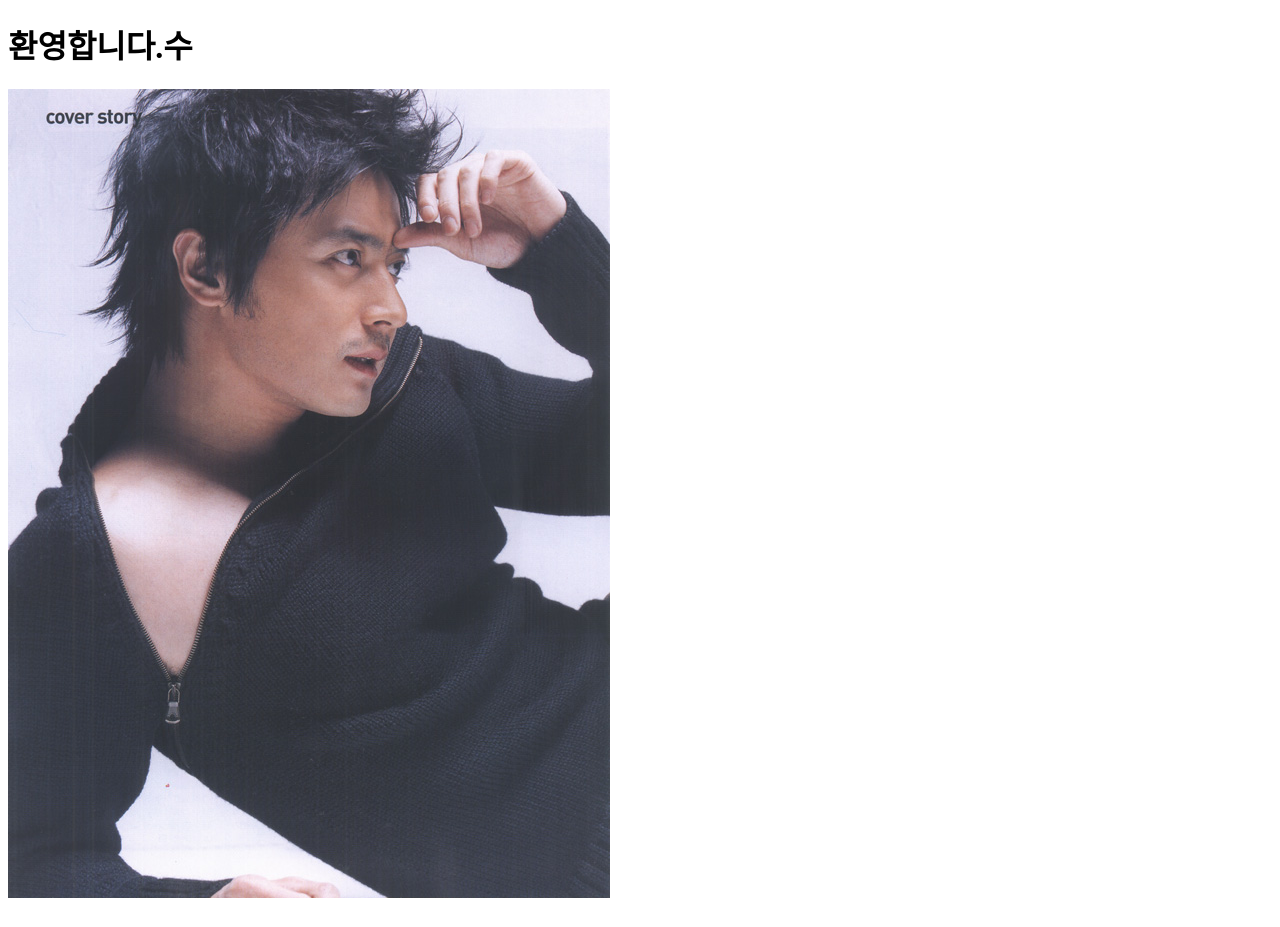
Repository: snowcuphea/webwork_class
Page: clientweb/WebContent/js_basic/js_switch_test.html
The author's editor kept a copy of each file at every save. The page is drawn from the files as they stood at one save, then again after the next save.
The browser window is 1280 px wide. The pictures show the whole page.

Above is the page before, as saved 2020-01-07 03:48:02.

After the next save:
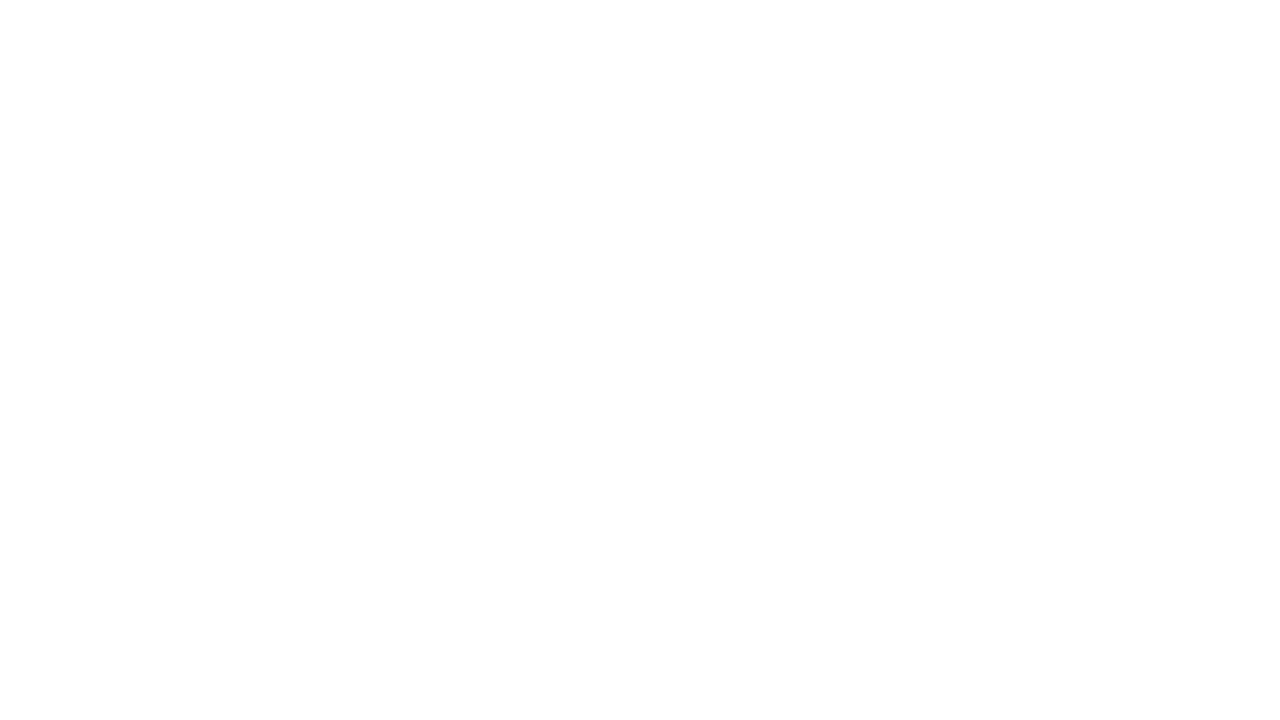
Console error: SyntaxError: missing ) after argument list
Saved 30 s later.
--- a/clientweb/WebContent/js_basic/js_switch_test.html
+++ b/clientweb/WebContent/js_basic/js_switch_test.html
@@ -24,8 +24,8 @@
 switch(ch){
 
 case '수' :
-	document.write("<h1>환영합니다.");
-	document.write(ch+"<h1>");
+	document.write("<h1>환영합니다.("+ch+")</h1>"");
+
 
 	document.write("<img src = '../images/jang1.jpg'/>");
 	break;

After the save that followed:
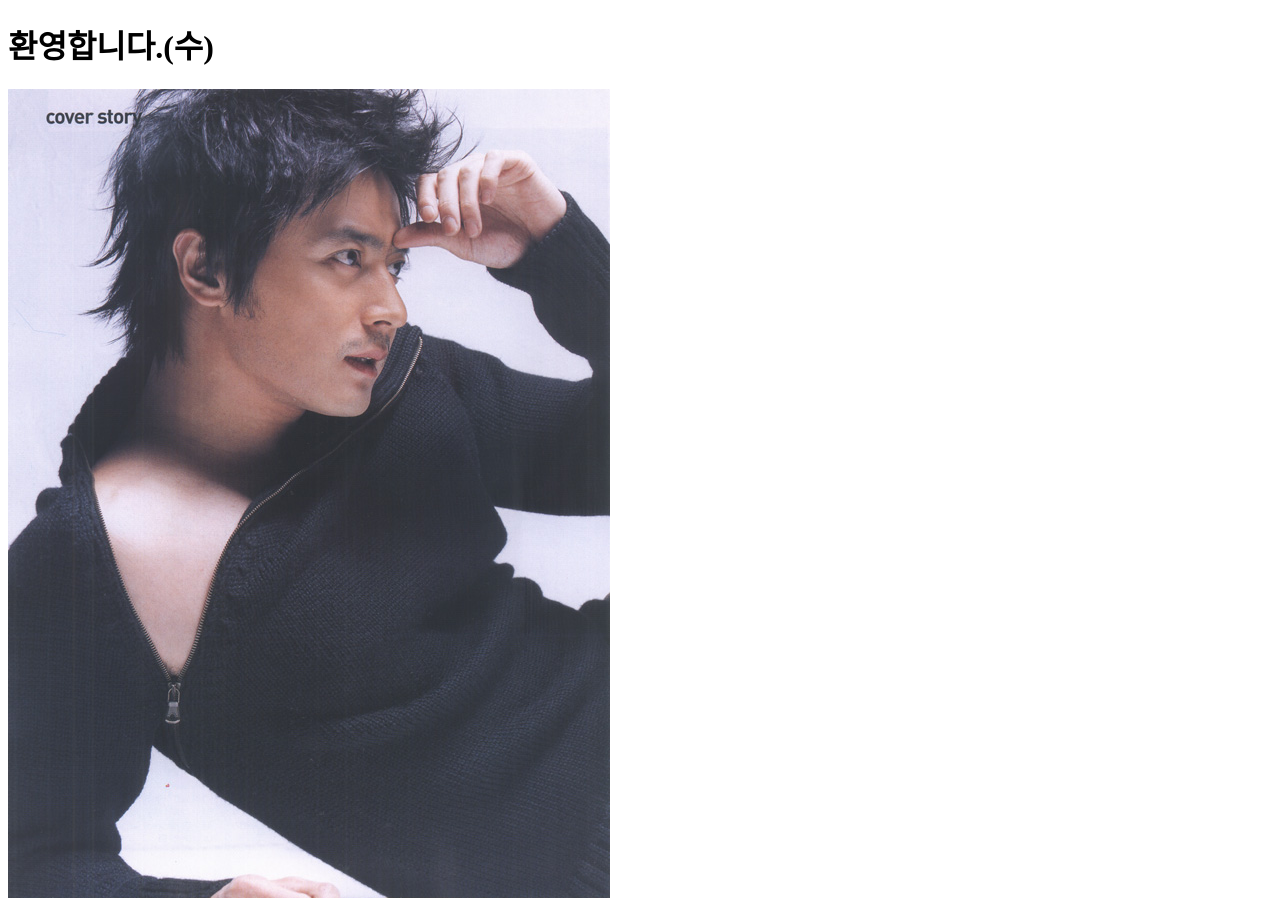
The error is gone.
Saved 7 s later.
--- a/clientweb/WebContent/js_basic/js_switch_test.html
+++ b/clientweb/WebContent/js_basic/js_switch_test.html
@@ -24,7 +24,7 @@
 switch(ch){
 
 case '수' :
-	document.write("<h1>환영합니다.("+ch+")</h1>"");
+	document.write("<h1>환영합니다.("+ch+")</h1>");
 
 
 	document.write("<img src = '../images/jang1.jpg'/>");
